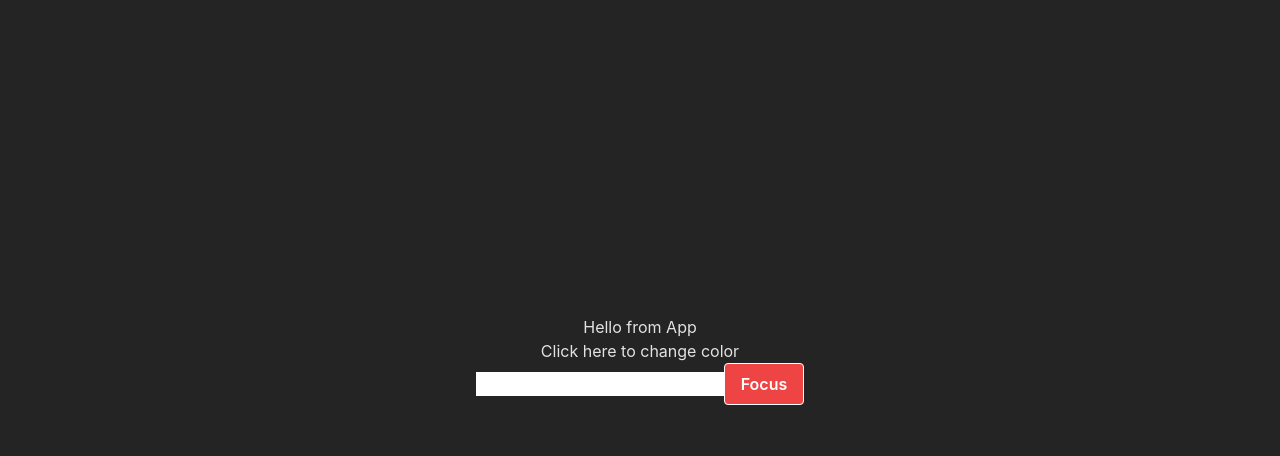
Repository: s-babaeizadeh/react-hooks-typescript
Page: / (app in useRefComp/)
An editor plug-in stored every save of this project. The page is shown before and after the next save, followed by the edit.
The browser window is 1280 px wide. The pictures show the whole page.
The project was rebuilt for these pictures with package versions that can differ from the ones it lists, and the page was loaded fresh each time. Also part of the build but not shown: useRefComp/vite.config.ts.

Above is the page before, as saved 2024-11-28 20:55:29.

### useRefComp/src/App.tsx
import React, { useEffect, useRef, useState } from "react";

import "./App.css";

const App = () => {
  const [text, setText] = useState("");
  const persistRef = useRef(0);
  const changeColorRef = useRef<HTMLHeadingElement | null>(null);

  const inputRef = useRef<HTMLInputElement>(null);

  useEffect(() => {
    persistRef.current += 1;
  });

  console.log(persistRef.current);

  const handleClick = () => {
    if (changeColorRef.current) {
      changeColorRef.current.style.color = "blue";
    }
  };

  const handleChange = (e: React.ChangeEvent<HTMLInputElement>) => {
    setText(e.target.value);
  };

  const focusInput = () => {
    if (inputRef.current) {
      inputRef.current.focus();
    }
  };
  return (
    <div>
      <h1 ref={changeColorRef}>Hello from App</h1>
      <h2 onClick={handleClick}>Click here to change color</h2>
      <div>
        <input type="text" onChange={handleChange} ref={inputRef} />
        <button
          onClick={focusInput}
          className="p-3 bg-red-500 hover:bg-blue-500 text-blue-700 font-semibold text-white py-2 px-4 border border-white hover:border-transparent rounded"
        >
          Focus
        </button>
      </div>
      <h2>{text}</h2>
    </div>
  );
};

export default App;

Loaded but not shown: useRefComp/index.html (common file); useRefComp/src/main.tsx (common file); useRefComp/src/index.css (common file); useRefComp/src/App.css (common file); useRefComp/tailwind.config.js (common file)

After the next save:
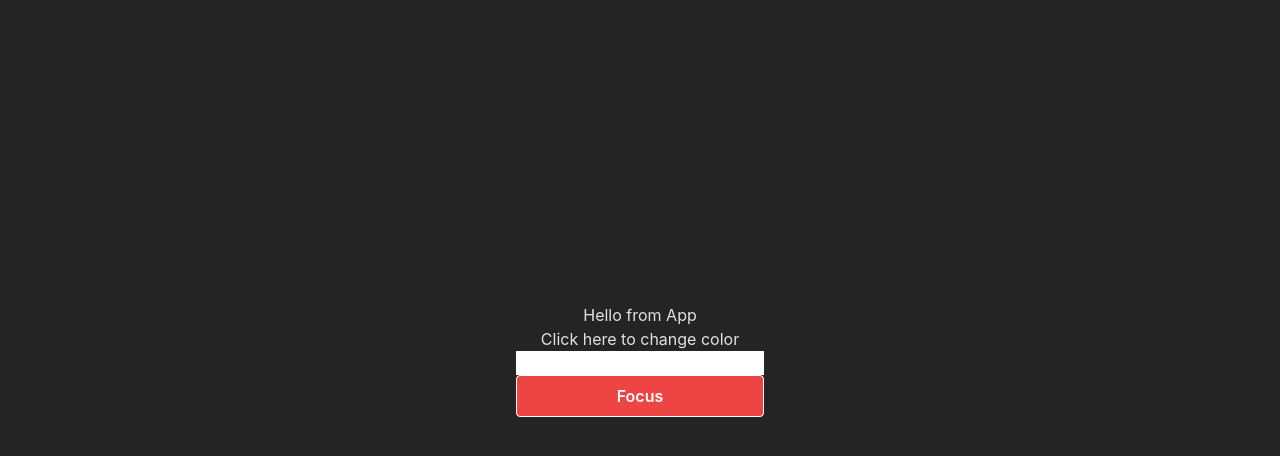
Saved 11 s later.
--- a/useRefComp/src/App.tsx
+++ b/useRefComp/src/App.tsx
@@ -34,7 +34,7 @@ const App = () => {
     <div>
       <h1 ref={changeColorRef}>Hello from App</h1>
       <h2 onClick={handleClick}>Click here to change color</h2>
-      <div>
+      <div className="flex flex-col">
         <input type="text" onChange={handleChange} ref={inputRef} />
         <button
           onClick={focusInput}
